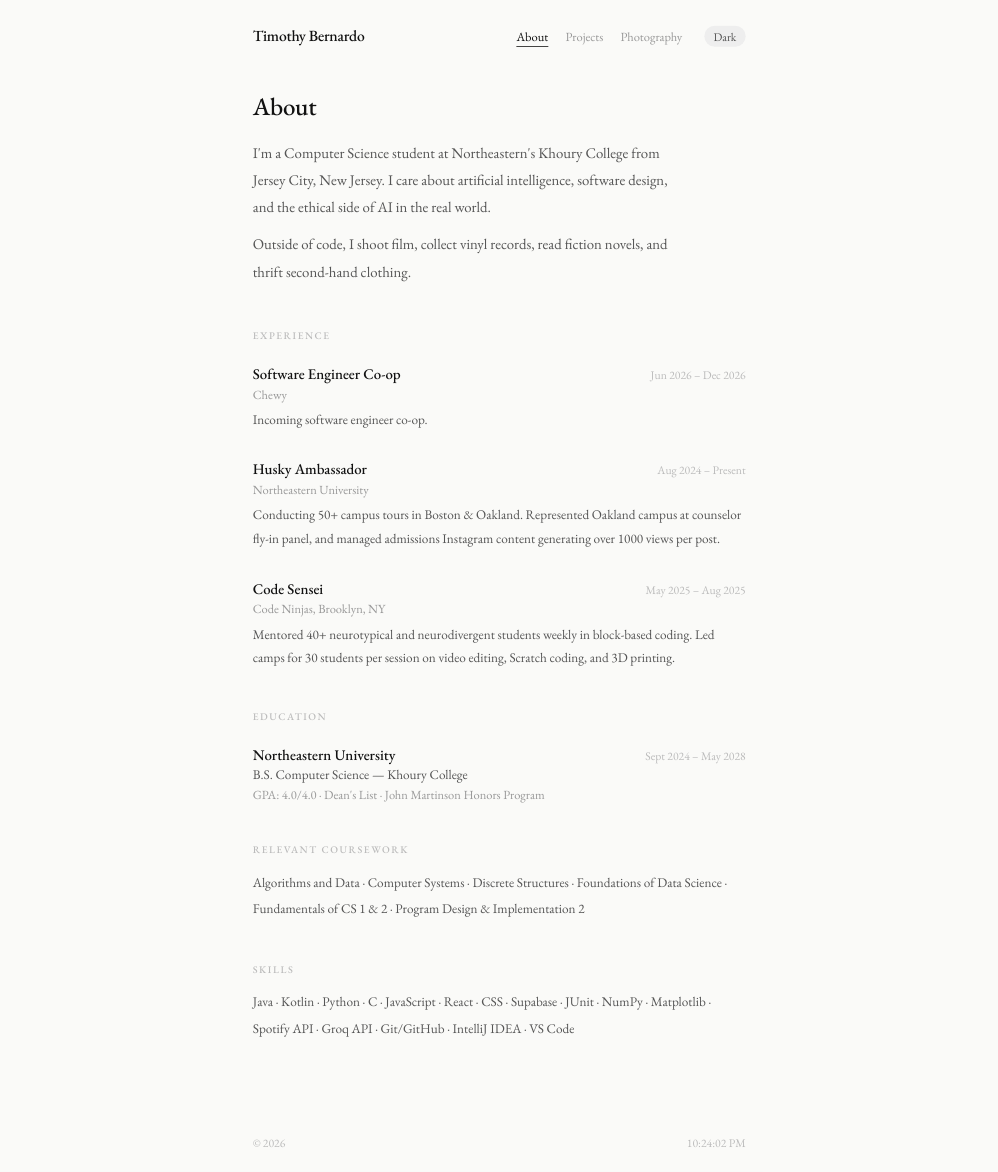
Repository: timothybernardo/portfolio
Page: /about
An editor plug-in stored every save of this project. The page is shown before and after the next save, followed by the edit.
The browser window is 1280 px wide. The pictures show the whole page, at 78% of full size.
The project was rebuilt for these pictures with package versions that can differ from the ones it lists, and the page was loaded fresh each time. Also part of the build but not shown: src/pages/Home.jsx, src/data/projects.js, src/pages/Projects.jsx, src/data/photos.js, src/components/PhotoCard.jsx, src/pages/Photography.jsx.

Above is the page before, as saved 2026-03-08 17:57:48.

### public/index.html
<!DOCTYPE html>
<html lang="en">
<head>
  <meta charset="UTF-8" />
  <meta name="viewport" content="width=device-width, initial-scale=1.0" />
  <title>Timothy Bernardo</title>
  <link rel="icon" href="/favicon.ico" />
  <link href="https://fonts.googleapis.com/css2?family=EB+Garamond:ital,wght@0,400;0,500;0,600;0,700;1,400&display=swap" rel="stylesheet" />
</head>
<body>
  <div id="root"></div>
</body>
</html>

### src/index.js
import React from "react";
import ReactDOM from "react-dom/client";
import { BrowserRouter } from "react-router-dom";
import App from "./App";
import "./index.css";

const root = ReactDOM.createRoot(document.getElementById("root"));
root.render(
  <React.StrictMode>
    <BrowserRouter>
      <App />
    </BrowserRouter>
  </React.StrictMode>
);

### src/App.jsx
import { useState } from "react";
import { Routes, Route } from "react-router-dom";
import { themes, serif } from "./theme";
import Header from "./components/Header";
import Footer from "./components/Footer";
import Home from "./pages/Home";
import About from "./pages/About";
import Projects from "./pages/Projects";
import Photography from "./pages/Photography";

export default function App() {
  const [dark, setDark] = useState(false);
const theme = dark ? themes.dark : themes.light;
document.documentElement.style.background = theme.bg;
document.body.style.background = theme.bg;

  return (
    <div
      style={{
        fontFamily: serif,
        color: theme.text,
        minHeight: "100vh",
        background: theme.bg,
        display: "flex",
        flexDirection: "column",
        transition: "background 0.3s, color 0.3s",
      }}
    >
      <Header theme={theme} isDark={dark} onToggle={() => setDark(!dark)} />

      <main style={{ maxWidth: 680, width: "100%", margin: "0 auto", padding: "0 24px 100px", flex: 1 }}>
        <Routes>
          <Route path="/" element={<Home theme={theme} />} />
          <Route path="/about" element={<About theme={theme} />} />
          <Route path="/projects" element={<Projects theme={theme} />} />
          <Route path="/photography" element={<Photography theme={theme} />} />
          <Route path="/photography/:id" element={<Photography theme={theme} />} />
        </Routes>
      </main>

      <Footer theme={theme} />
    </div>
  );
}

### src/index.css
* {
  margin: 0;
  padding: 0;
  box-sizing: border-box;
}

html {
  scroll-behavior: smooth;
  overflow-y: scroll;
}

html, body, #root {
  min-height: 100%;
  height: 100%;
  background: inherit;
}

body {
  -webkit-font-smoothing: antialiased;
  -moz-osx-font-smoothing: grayscale;
  overscroll-behavior: none;
}

img {
  will-change: opacity;
}

a {
  text-decoration: none;
  color: inherit;
}

@media (max-width: 600px) {
  .desktop-nav {
    display: none !important;
  }

  .mobile-menu-btn {
    display: block !important;
  }

  .mobile-nav {
    display: flex !important;
  }
}

### src/theme.js
export const serif = "'EB Garamond', Georgia, 'Times New Roman', serif";

export const themes = {
  light: {
    bg: "#fafaf8",
    text: "#111",
    sub: "#555",
    muted: "#999",
    faint: "#bbb",
    border: "#ece9e5",
    pill: "#111",
    pillT: "#fff",
    pillB: "#ddd",
    badge: "rgba(255,255,255,0.3)",
    toggle: "#eee",
    toggleTxt: "#555",
  },
  dark: {
    bg: "#131313",
    text: "#e4e0da",
    sub: "#a09a93",
    muted: "#6b665f",
    faint: "#4a4640",
    border: "#282624",
    pill: "#e4e0da",
    pillT: "#131313",
    pillB: "#383530",
    badge: "rgba(255,255,255,0.18)",
    toggle: "#282624",
    toggleTxt: "#a09a93",
  },
};

### src/components/Header.jsx
import { useState } from "react";
import { Link, useLocation } from "react-router-dom";
import { serif } from "../theme";

const links = [
  { path: "/about", label: "About" },
  { path: "/projects", label: "Projects" },
  { path: "/photography", label: "Photography" },
];

export default function Header({ theme, onToggle, isDark }) {
  const { pathname } = useLocation();
  const [menuOpen, setMenuOpen] = useState(false);

  return (
    <header
      style={{
        maxWidth: 680,
        width: "100%",
        margin: "0 auto",
        padding: "32px 24px 0",
        fontFamily: serif,
      }}
    >
      <div style={{ display: "flex", justifyContent: "space-between", alignItems: "baseline" }}>
        <Link to="/" style={{ fontWeight: 500, fontSize: 20, letterSpacing: "-0.3px" }}
          onClick={() => setMenuOpen(false)}>
          Timothy Bernardo
        </Link>

        {/* Desktop nav */}
        <nav className="desktop-nav" style={{ display: "flex", gap: 22, alignItems: "baseline" }}>
          {links.map(({ path, label }) => (
            <Link
              key={path}
              to={path}
              style={{
                fontSize: 16,
                color: pathname === path ? theme.text : theme.muted,
                paddingBottom: 2,
                borderBottom:
                  pathname === path
                    ? `1.5px solid ${theme.text}`
                    : "1.5px solid transparent",
              }}
            >
              {label}
            </Link>
          ))}
          <span
            onClick={onToggle}
            style={{
              fontFamily: serif,
              fontSize: 15,
              cursor: "pointer",
              padding: "4px 12px",
              borderRadius: 14,
              background: theme.toggle,
              color: theme.toggleTxt,
              marginLeft: 6,
              userSelect: "none",
            }}
          >
            {isDark ? "Light" : "Dark"}
          </span>
        </nav>

        {/* Mobile menu button */}
        <span
          className="mobile-menu-btn"
          onClick={() => setMenuOpen(!menuOpen)}
          style={{
            fontSize: 24,
            cursor: "pointer",
            color: theme.text,
            userSelect: "none",
            display: "none",
          }}
        >
          {menuOpen ? "×" : "≡"}
        </span>
      </div>

      {/* Mobile nav dropdown */}
      {menuOpen && (
        <nav
          className="mobile-nav"
          style={{
            display: "none",
            flexDirection: "column",
            gap: 18,
            paddingTop: 24,
            paddingBottom: 8,
          }}
        >
          {links.map(({ path, label }) => (
            <Link
              key={path}
              to={path}
              onClick={() => setMenuOpen(false)}
              style={{
                fontSize: 20,
                color: pathname === path ? theme.text : theme.muted,
              }}
            >
              {label}
            </Link>
          ))}
          <span
            onClick={() => { onToggle(); setMenuOpen(false); }}
            style={{
              fontSize: 18,
              cursor: "pointer",
              color: theme.muted,
            }}
          >
            {isDark ? "Switch to Light" : "Switch to Dark"}
          </span>
        </nav>
      )}
    </header>
  );
}

### src/components/Footer.jsx
import Clock from "./Clock";
import { serif } from "../theme";

export default function Footer({ theme }) {
  return (
    <footer
      style={{
        maxWidth: 680,
        width: "100%",
        margin: "0 auto",
        padding: "20px 24px 28px",
        fontSize: 15,
        color: theme.faint,
        display: "flex",
        justifyContent: "space-between",
        alignItems: "center",
        fontFamily: serif,
      }}
    >
      <span>&copy; 2026</span>
      <Clock color={theme.faint} />
    </footer>
  );
}

### src/pages/About.jsx
import { serif } from "../theme";
import { experience, education, skills, courses } from "../data/experience";

export default function About({ theme }) {
  return (
    <div style={{ marginTop: 56, fontFamily: serif }}>
      <h2 style={{ fontSize: 32, fontWeight: 500, letterSpacing: "-0.3px", marginBottom: 20 }}>
        About
      </h2>
      <p style={{ fontSize: 19, color: theme.sub, lineHeight: 1.85, maxWidth: 560, marginBottom: 12 }}>
        I'm a Computer Science student at Northeastern's Khoury College from Jersey City, New Jersey.
        I care about artificial intelligence, software design, and the ethical side of AI in the real world.
      </p>
      <p style={{ fontSize: 19, color: theme.sub, lineHeight: 1.85, maxWidth: 560, marginBottom: 56 }}>
        Outside of code, I shoot film,
        collect vinyl records, read fiction novels, and thrift second-hand clothing.
      </p>

      {/* Experience */}
      <h3 style={{ fontSize: 13, fontWeight: 500, textTransform: "uppercase", letterSpacing: "2px", color: theme.faint, marginBottom: 28 }}>
        Experience
      </h3>
      {experience.map((e, i) => (
        <div key={i} style={{ marginBottom: 36 }}>
          <div style={{ display: "flex", justifyContent: "space-between", alignItems: "baseline", flexWrap: "wrap", gap: 8, marginBottom: 3 }}>
            <span style={{ fontSize: 19, fontWeight: 500 }}>{e.role}</span>
            <span style={{ fontSize: 15, color: theme.faint }}>{e.period}</span>
          </div>
          <span style={{ fontSize: 16, color: theme.muted }}>{e.place}</span>
          <p style={{ fontSize: 17, color: theme.sub, lineHeight: 1.75, margin: "8px 0 0" }}>
            {e.desc}
          </p>
        </div>
      ))}

      {/* Education */}
      <h3 style={{ fontSize: 13, fontWeight: 500, textTransform: "uppercase", letterSpacing: "2px", color: theme.faint, marginBottom: 28, marginTop: 52 }}>
        Education
      </h3>
      {education.map((ed, i) => (
        <div key={i} style={{ marginBottom: 20 }}>
          <div style={{ display: "flex", justifyContent: "space-between", alignItems: "baseline", flexWrap: "wrap", gap: 8 }}>
            <span style={{ fontSize: 19, fontWeight: 500 }}>{ed.school}</span>
            <span style={{ fontSize: 15, color: theme.faint }}>{ed.period}</span>
          </div>
          <span style={{ fontSize: 17, color: theme.sub, display: "block", marginTop: 2 }}>{ed.degree}</span>
          {ed.detail && (
            <span style={{ fontSize: 16, color: theme.muted, display: "block", marginTop: 4 }}>{ed.detail}</span>
          )}
        </div>
      ))}

      {/* Coursework */}
      <h3 style={{ fontSize: 13, fontWeight: 500, textTransform: "uppercase", letterSpacing: "2px", color: theme.faint, marginBottom: 16, marginTop: 52 }}>
        Relevant Coursework
      </h3>
      <p style={{ fontSize: 17, color: theme.sub, lineHeight: 2 }}>
        {courses.join("  ·  ")}
      </p>

      {/* Skills */}
      <h3 style={{ fontSize: 13, fontWeight: 500, textTransform: "uppercase", letterSpacing: "2px", color: theme.faint, marginBottom: 16, marginTop: 52 }}>
        Skills
      </h3>
      <p style={{ fontSize: 17, color: theme.sub, lineHeight: 2 }}>
        {skills.join("  ·  ")}
      </p>
    </div>
  );
}

### src/components/Clock.jsx
import { useState, useEffect } from "react";

export default function Clock({ color }) {
  const [time, setTime] = useState(new Date());

  useEffect(() => {
    const interval = setInterval(() => setTime(new Date()), 1000);
    return () => clearInterval(interval);
  }, []);

  return (
    <span style={{ color }}>
      {time.toLocaleTimeString("en-US", {
        hour: "2-digit",
        minute: "2-digit",
        second: "2-digit",
      })}
    </span>
  );
}

### src/data/experience.js
export const experience = [
  {
    role: "Software Engineer Co-op",
    place: "Chewy",
    period: "Jun 2026 – Dec 2026",
    desc: "Incoming software engineer co-op."
  },
  {
    role: "Husky Ambassador",
    place: "Northeastern University",
    period: "Aug 2024 – Present",
    desc: "Conducting 50+ campus tours in Boston & Oakland. Represented Oakland campus at counselor fly-in panel, and managed admissions Instagram content generating over 1000 views per post.",
  },
  {
    role: "Code Sensei",
    place: "Code Ninjas, Brooklyn, NY",
    period: "May 2025 – Aug 2025",
    desc: "Mentored 40+ neurotypical and neurodivergent students weekly in block-based coding. Led camps for 30 students per session on video editing, Scratch coding, and 3D printing.",
  },
];

export const education = [
  {
    school: "Northeastern University",
    degree: "B.S. Computer Science — Khoury College",
    period: "Sept 2024 – May 2028",
    detail: "GPA: 4.0/4.0 · Dean's List · John Martinson Honors Program",
  },
];

export const skills = [
  "Java", "Kotlin", "Python", "C", "JavaScript",
  "React", "CSS", "Supabase", "JUnit", "NumPy", "Matplotlib",
  "Spotify API", "Groq API",
  "Git/GitHub", "IntelliJ IDEA", "VS Code",
];

export const courses = [
  "Algorithms and Data", "Computer Systems", "Discrete Structures",
  "Foundations of Data Science", "Fundamentals of CS 1 & 2",
  "Program Design & Implementation 2",
];

After the next save:
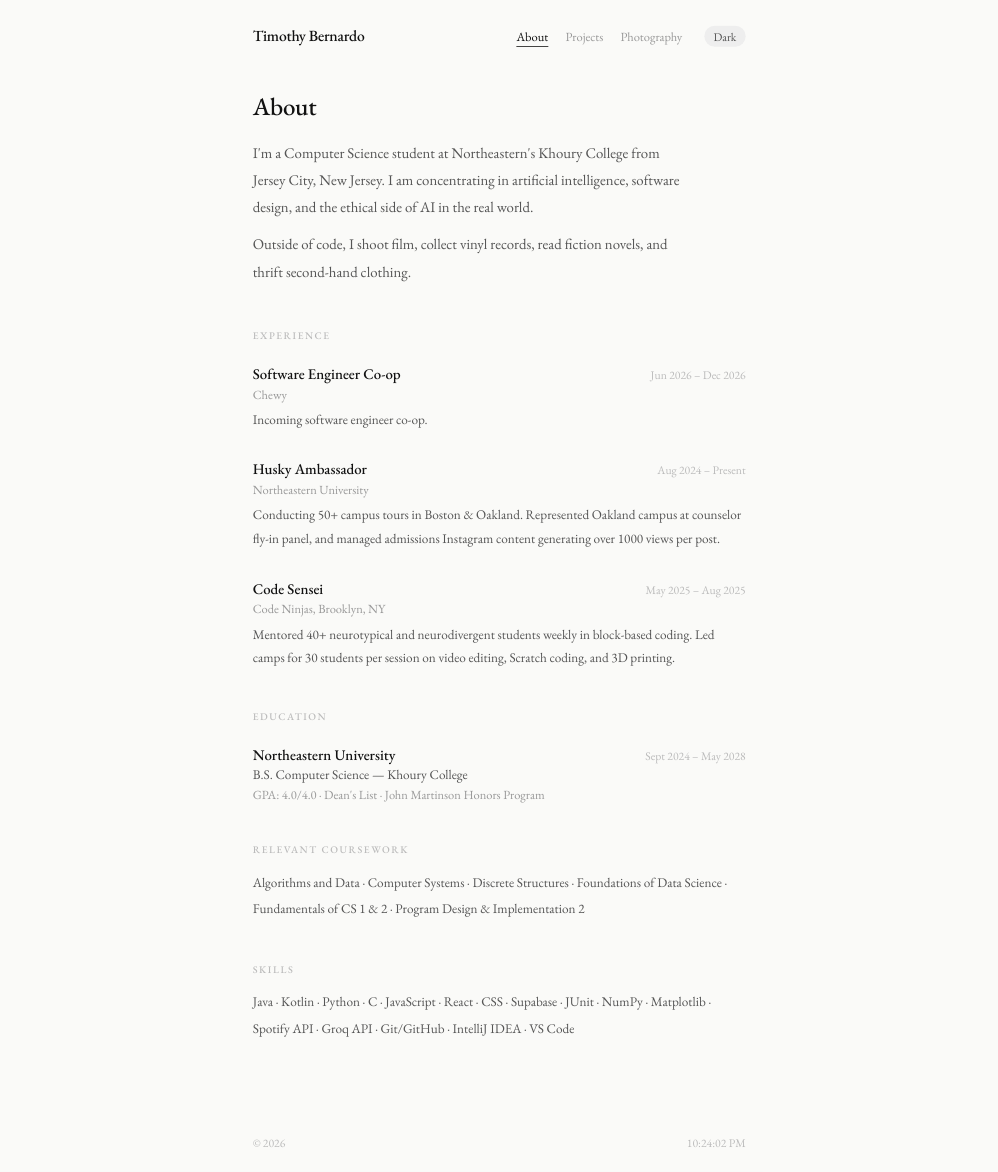
Saved 81 s later.
--- a/src/pages/About.jsx
+++ b/src/pages/About.jsx
@@ -9,7 +9,7 @@ export default function About({ theme }) {
       </h2>
       <p style={{ fontSize: 19, color: theme.sub, lineHeight: 1.85, maxWidth: 560, marginBottom: 12 }}>
         I'm a Computer Science student at Northeastern's Khoury College from Jersey City, New Jersey.
-        I care about artificial intelligence, software design, and the ethical side of AI in the real world.
+        I am concentrating in artificial intelligence, software design, and the ethical side of AI in the real world.
       </p>
       <p style={{ fontSize: 19, color: theme.sub, lineHeight: 1.85, maxWidth: 560, marginBottom: 56 }}>
         Outside of code, I shoot film,
